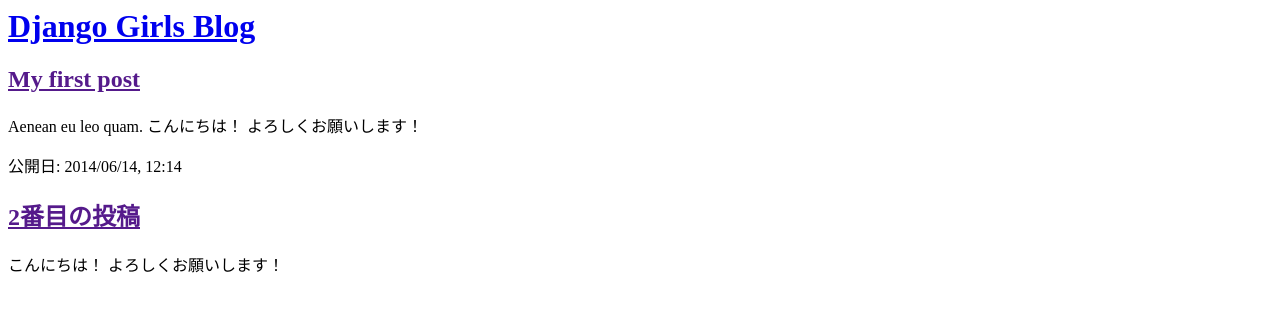
Repository: hira837/my-django-girls-app
Page: http://localhost/
An editor plug-in stored every save of this project. The page is shown before and after the next save, followed by the edit.
The browser window is 1280 px wide. The pictures show the whole page.
The page is served by the project's application, run on Django 2.2 (manage.py). Other server files are loaded and not shown. Queries for data that is not in the repository find no rows.

Above is the page before, as saved 2019-11-30 16:50:27.

### blog/templates/blog/post_list.html
<html>
  <head>
    <title>Django Girls blog</title>
  </head>

  <body>
    <div>
      <h1><a href="/">Django Girls Blog</a></h1>
    </div>

    <div>
      <p>
        {% for post in posts %} {{ post }} {% endfor %}
      </p>
      <h2><a href="">My first post</a></h2>
      <p>Aenean eu leo quam. こんにちは！ よろしくお願いします！</p>
    </div>

    <div>
      <p>公開日: 2014/06/14, 12:14</p>
      <h2><a href="">2番目の投稿</a></h2>
      <p>こんにちは！ よろしくお願いします！</p>
    </div>
  </body>
</html>

Loaded but not shown: blog/views.py (common file); mysite/urls.py (common file); blog/urls.py (common file)

After the next save:
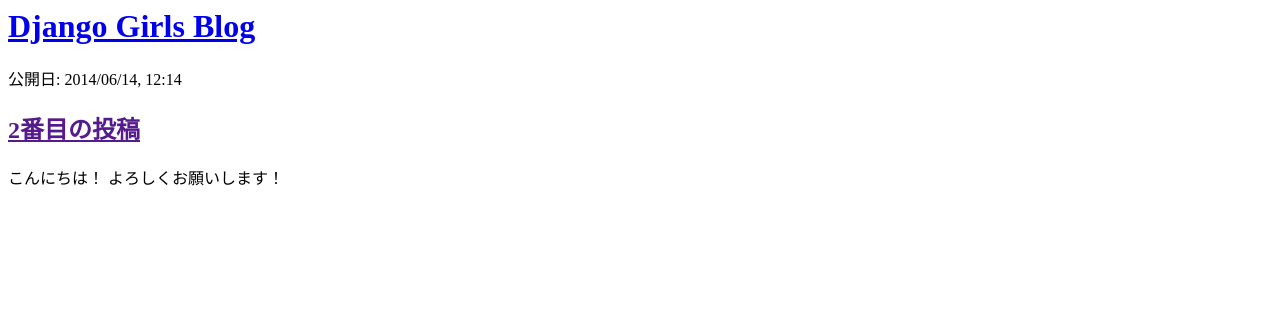
Saved 75 s later.
--- a/blog/templates/blog/post_list.html
+++ b/blog/templates/blog/post_list.html
@@ -8,13 +8,13 @@
       <h1><a href="/">Django Girls Blog</a></h1>
     </div>
 
+    {% for post in posts %}
     <div>
-      <p>
-        {% for post in posts %} {{ post }} {% endfor %}
-      </p>
-      <h2><a href="">My first post</a></h2>
-      <p>Aenean eu leo quam. こんにちは！ よろしくお願いします！</p>
+      <p>published: {{ post.published_date }}</p>
+      <h2><a href="">{{ post.title }}</a></h2>
+      <p>{{ post.text|linebreaksbr }}</p>
     </div>
+    {% endfor %}
 
     <div>
       <p>公開日: 2014/06/14, 12:14</p>
